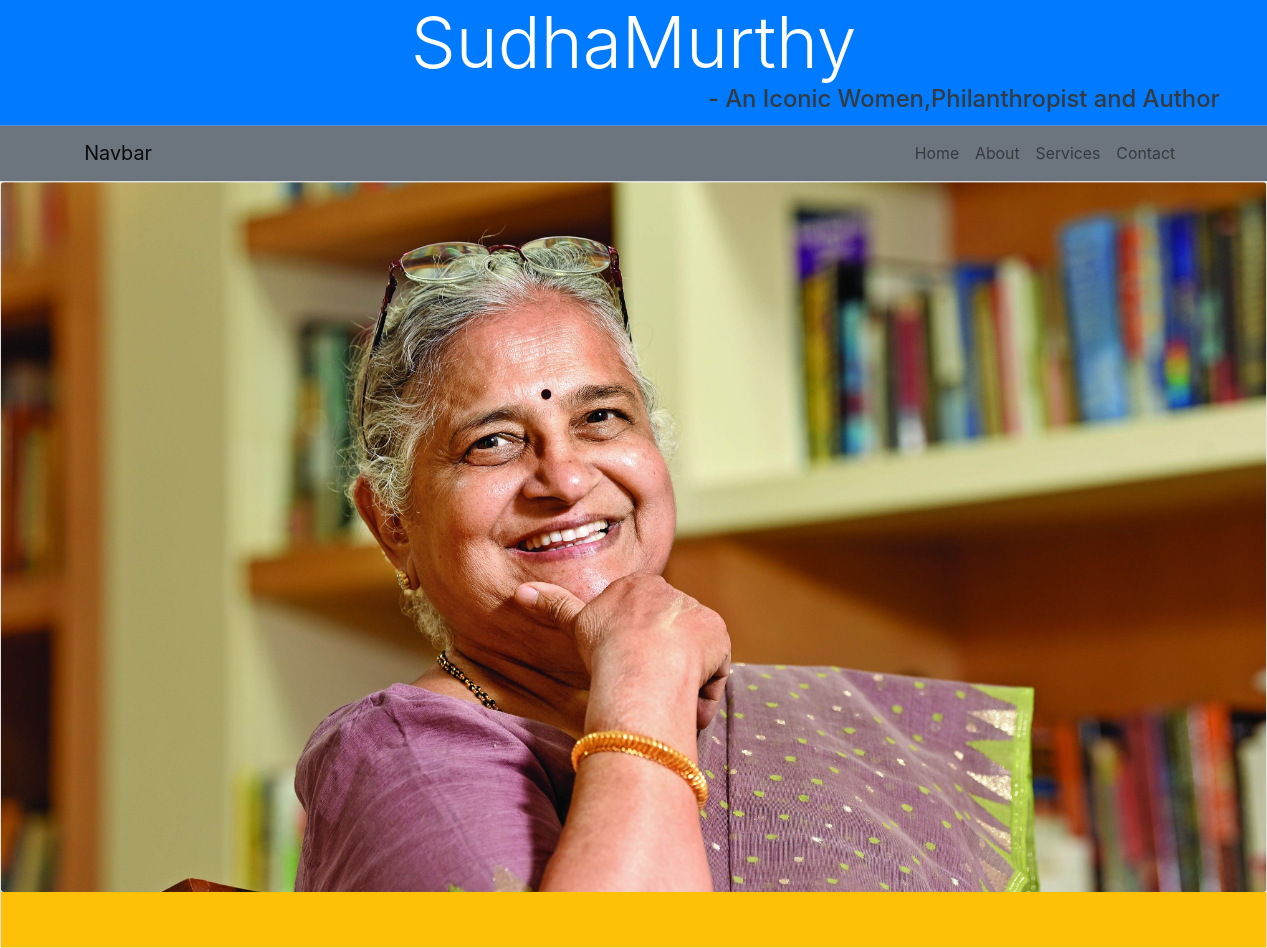
Repository: sumanthr18/RoleModel
Page: index.html
An editor plug-in stored every save of this project. The page is shown before and after the next save, followed by the edit.
The browser window is 1280 px wide. The pictures show the whole page, at 99% of full size.

Above is the page before, as saved 2020-03-14 15:19:09.

After the next save:
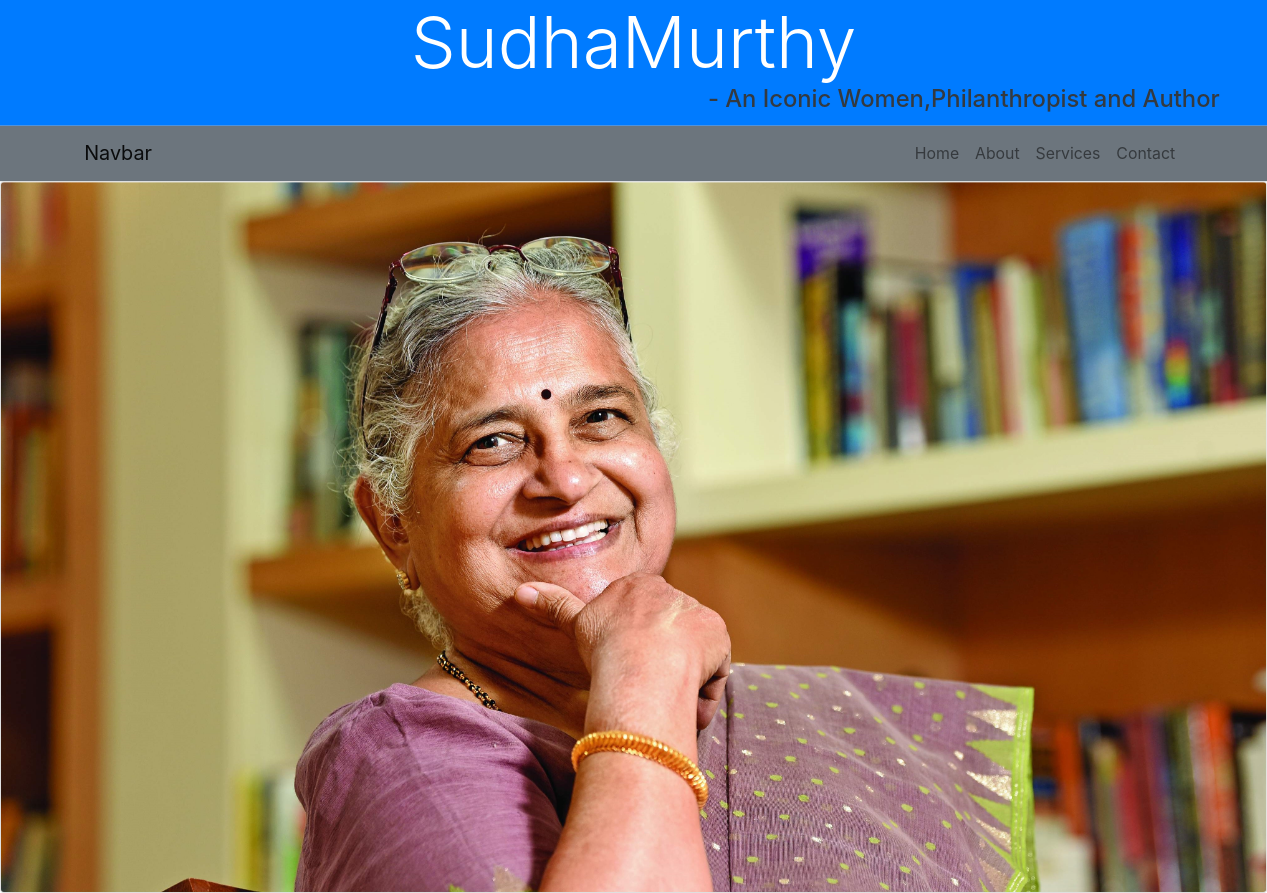
Saved 67 s later.
--- a/index.html
+++ b/index.html
@@ -37,7 +37,7 @@
     </nav>
     <div class="card">
         <img class="card-img" src="Sudha_Murty_1-update.jpg">
-        <div class="card-body bg-warning">
+        <div class="card-img-overlay">
             <p class=""></p>
         </div>
     </div>
